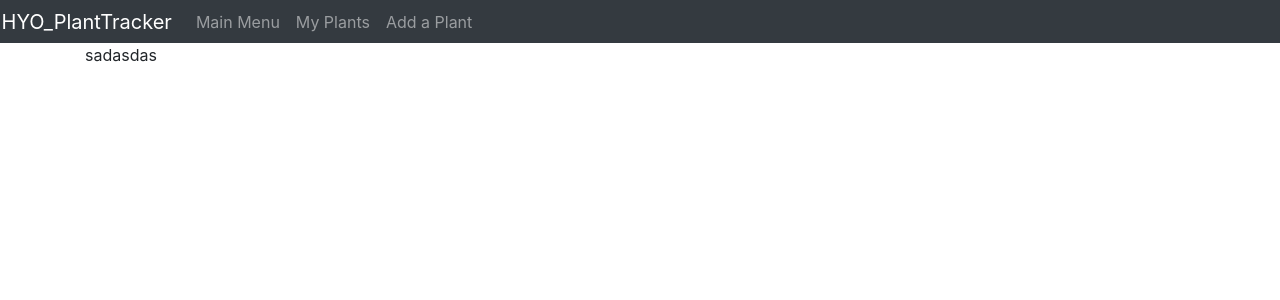
Repository: emersonwilliams/HYO_PlantTracker
Page: capstone_app/plant_tracker/templates/myplants.html
These files come from the project's save history. The page is drawn as it stood at one moment and after a run of saves; the edit follows.
The browser window is 1280 px wide. The pictures show the whole page.

Above is the page before, as saved 2020-08-01 23:59:41.

After the next 3 saves:
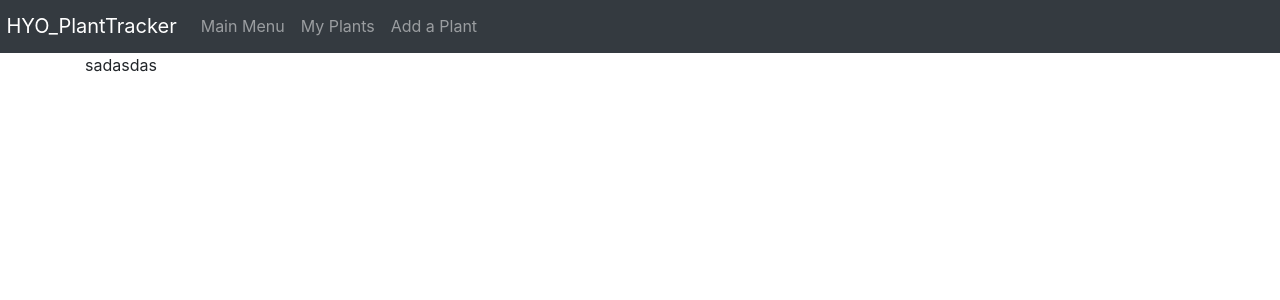
The 3 saves are shown as one change because they came seconds apart.
The last was saved 13 s later.
--- a/capstone_app/plant_tracker/static/css/myplants.css
+++ b/capstone_app/plant_tracker/static/css/myplants.css
@@ -1,3 +1,3 @@
 .navbar{
-    padding: 0.1em 0.1em 0.1em 0.1em;
+    padding: 0.4em 0.4em 0.4em 0.4em;
 }
